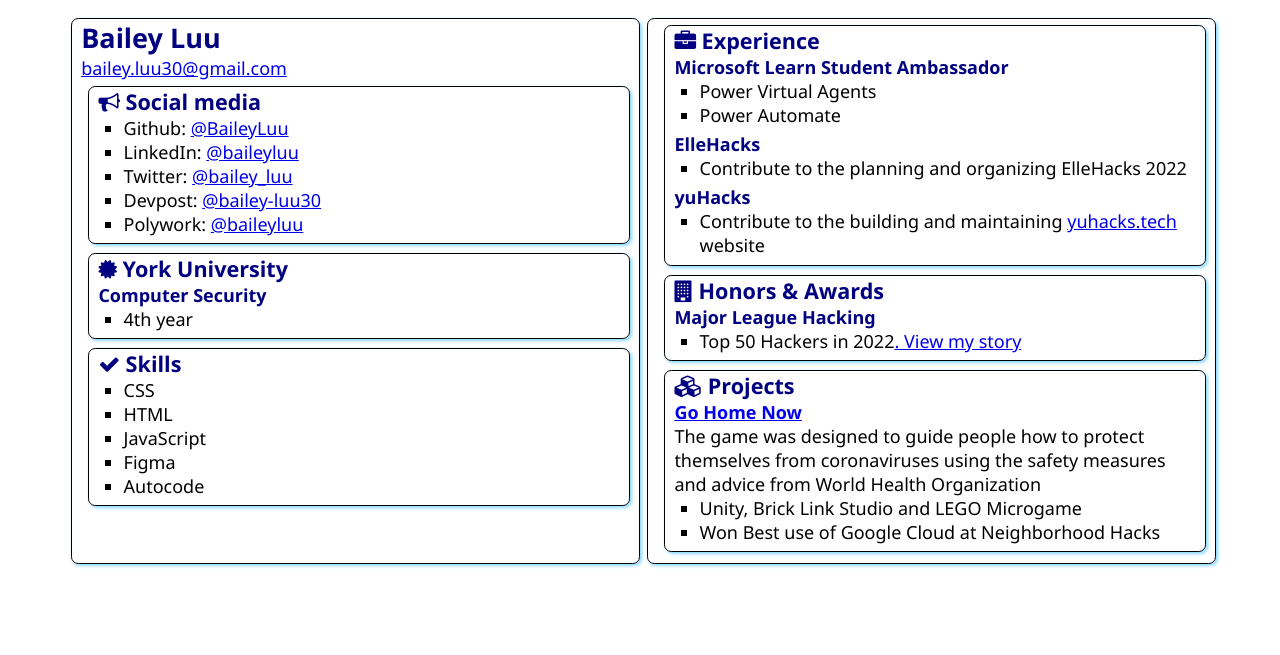
Repository: BaileyLuu/SATechnicalOnboarding
Page: src/index.html
The author's editor kept a copy of each file at every save. The page is drawn from the files as they stood at one save, then again after the next save.
The browser window is 1280 px wide. The pictures show the whole page.

Above is the page before, as saved 2022-07-27 21:07:28.

After the next save:
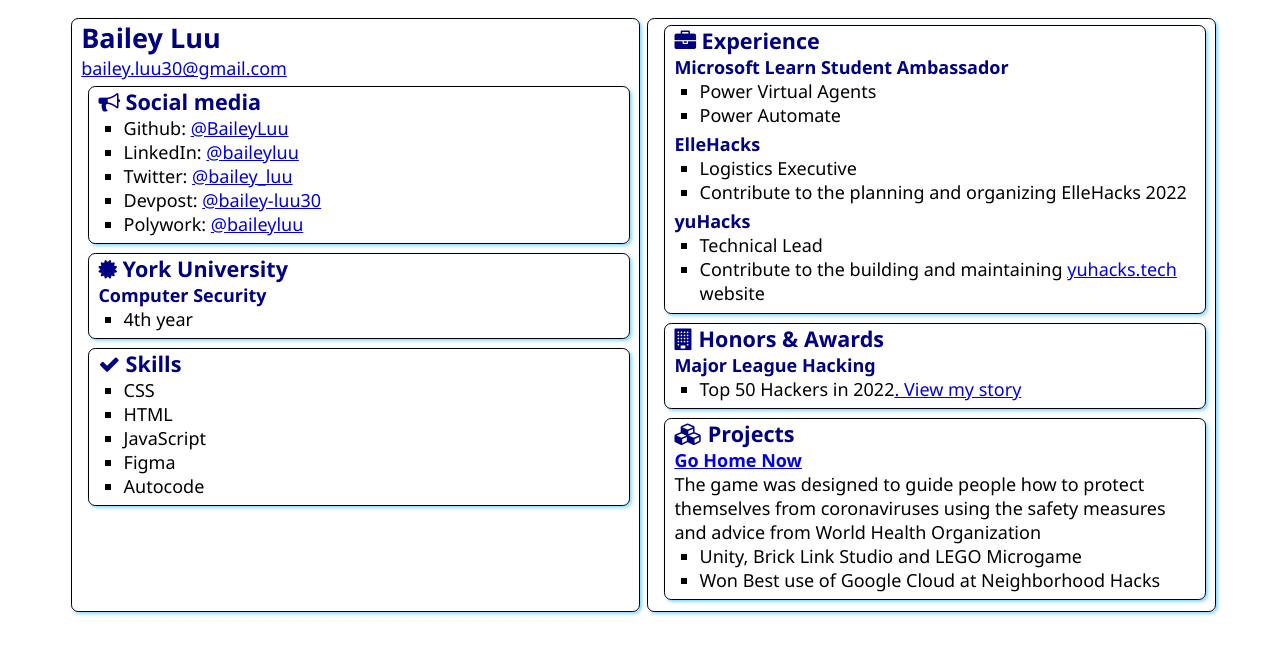
Saved 56 s later.
--- a/src/index.html
+++ b/src/index.html
@@ -70,10 +70,12 @@
                 </ul>
                 <h3>ElleHacks</h3>
                 <ul>
+                    <li>Logistics Executive</li>
                     <li>Contribute to the planning and organizing ElleHacks 2022</li>
                 </ul>
                 <h3>yuHacks</h3>
                 <ul>
+                    <li>Technical Lead</li>
                     <li>Contribute to the building and maintaining <a href="http://yuhacks.tech">yuhacks.tech</a> website </li>
                 </ul>
             </section>
